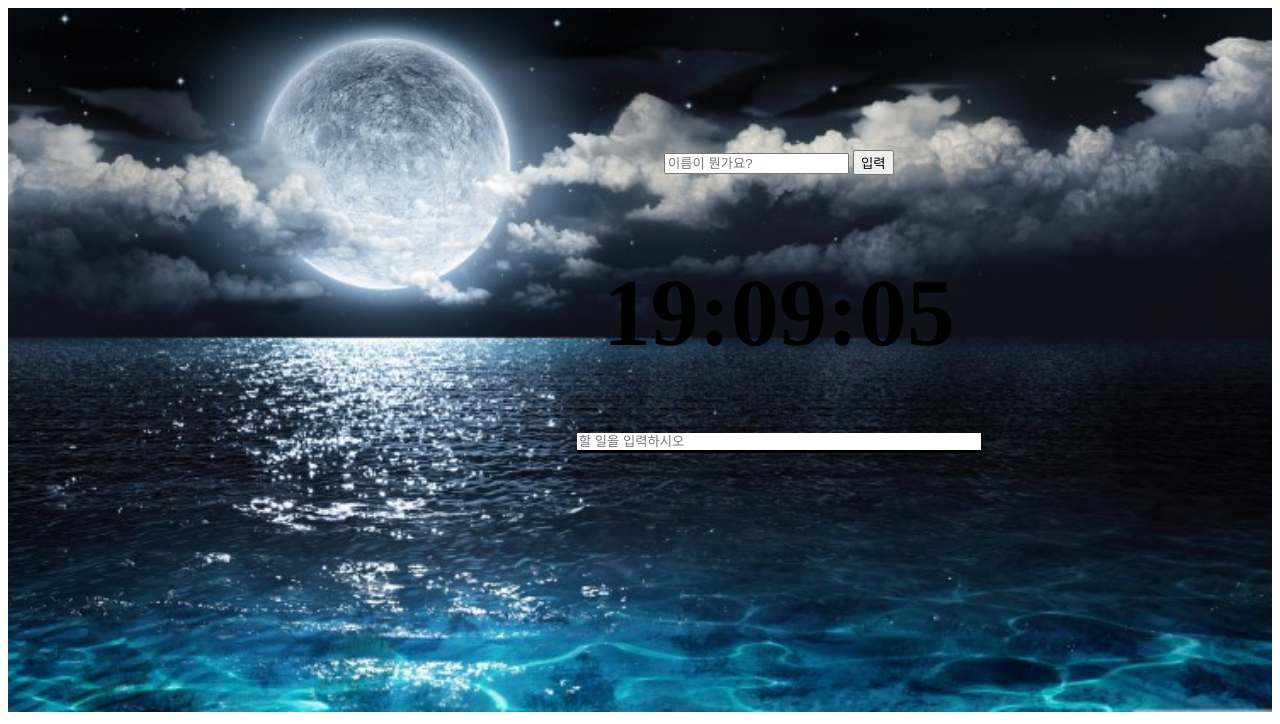
Repository: jun01270/F-E-practice
Page: index.html
The author's editor kept a copy of each file at every save. The page is drawn from the files as they stood at one save, then again after the next save.
The browser window is 1280 px wide. The pictures show the whole page.

Above is the page before, as saved 2023-01-10 14:38:49.
Console error: TypeError: Cannot read properties of null (reading 'addEventListener')

### index.html
<!DOCTYPE html>
<html lang="en">
  <head>
    <meta charset="UTF-8" />
    <meta http-equiv="X-UA-Compatible" content="IE=edge" />
    <meta name="viewport" content="width=device-width, initial-scale=1.0" />
    <link rel="stylesheet" href="/css/style.css" />
    <title>Document</title>
  </head>
  <body>
    <div id="all">
      <form id="userName-form" class="hidden">
        <input required type="text" placeholder="이름이 뭔가요?" />
        <input type="submit" value="입력" />
      </form>
      <br />
      <h1 id="clock">00:00:00</h1>
      <form id="todo-form">
        <input id="input-blank" type="text" placeholder="할 일을 입력하시오" />
      </form>
      <ul id="todo-list"></ul>
      <div id="quote">
        <span></span>
        <span></span>
      </div>
    </div>
    <script src="/js/greeting.js"></script>
    <script src="/js/clock.js"></script>
    <script src="/js/quotes.js"></script>
    <script src="/js/background.js"></script>
    <script src="js/todo.js"></script>
    <script src="/js/weather.js"></script>
  </body>
</html>

### css/style.css
.hidden {
  display: none;
}

#background {
  width: 100%;
  height: 100%;
  padding: 0;
}

body {
  position: relative;
}

#all {
  position: absolute;
  top: 20%;
  left: 45%;
  text-align: center;
}

#clock {
  font-size: 600%;
}

#input-blank {
  width: 400px;
  border-top: none;
  border-left: none;
  border-right: none;
  border-bottom: 3px solid black;
}

#todo-list {
  color: yellow;
}

### js/greeting.js
const userNameBtn = document.querySelector("#userName-form submit");
const userName = document.querySelector("#userName-form input");
const loginForm = document.querySelector("#userName-form");
const firstH1 = document.getElementById("result");
const SavedUserName = localStorage.getItem("username");
const HIDDEN_CLASSNAME = "hidden";
const toStart = document.querySelector("button.boom");

function loginResult(e) {
  e.preventDefault();
  loginForm.classList.add(HIDDEN_CLASSNAME);
  const userName1 = userName.value;
  localStorage.setItem("username", userName1);
  paintUserName();
}

function paintUserName() {
  const userName1 = localStorage.getItem("username");
  firstH1.innerText = `Hello ${userName1}`;
  firstH1.classList.remove(HIDDEN_CLASSNAME);
}

if (SavedUserName === null) {
  loginForm.classList.remove(HIDDEN_CLASSNAME);
  loginForm.addEventListener("submit", loginResult);
} else {
  paintUserName();
}

function deleteUserName() {
  localStorage.removeItem("username");
  location.reload();
}

toStart.addEventListener("click", deleteUserName);
console.log(toStart.className);

### js/clock.js
const all = document.querySelector("div#all");
const clock = all.querySelector("h1#clock");

function getClock() {
  const date = new Date();
  let Hours = String(date.getHours()).padStart(2, "0");
  let Minutes = String(date.getMinutes()).padStart(2, "0");
  let Seconds = String(date.getSeconds()).padStart(2, "0");
  // console.log(`${date.getHours()}:${date.getMinutes()}:${date.getSeconds()}`);
  console.log(all);
  clock.innerText = `${Hours}:${Minutes}:${Seconds}`;
}

getClock();
setInterval(getClock, 1000);

### js/quotes.js
const quotes = [
  {
    quote: "삶이 있는 한 희망은 있다",
    author: "-키케로",
  },
  {
    quote: "산다는것 그것은 치열한 전투이다.",
    author: "-로망로랑",
  },
  {
    quote: "하루에 3시간을 걸으면 7년 후에 지구를 한바퀴 돌 수 있다. ",
    author: "-사무엘존슨",
  },
  {
    quote: "언제나 현재에 집중할수 있다면 행복할것이다. ",
    author: "-파울로 코엘료",
  },
  {
    quote:
      "진정으로 웃으려면 고통을 참아야하며 , 나아가 고통을 즐길 줄 알아야 해 ",
    author: "-찰리 채플린",
  },
  {
    quote: "직업에서 행복을 찾아라. 아니면 행복이 무엇인지 절대 모를 것이다 ",
    author: "-엘버트 허버드",
  },
  {
    quote: "신은 용기있는자를 결코 버리지 않는다 ",
    author: "-켄러",
  },
  {
    quote:
      "행복의 문이 하나 닫히면 다른 문이 열린다 그러나 우리는 종종 닫힌 문을 멍하니 바라보다가 우리를 향해 열린 문을 보지 못하게 된다 ",
    author: "–헬렌켈러",
  },
  {
    quote: "피할수 없으면 즐겨라 ",
    author: "–로버트 엘리엇",
  },
];
const quoteCount = quotes.length;
const quote = document.querySelector("#quote span:first-child");
const author = document.querySelector("#quote span:last-child");
const todaysQuote = quotes[Math.floor(Math.random() * quoteCount)];

function showQuote() {
  console.log(quotes[Math.floor(Math.random() * quoteCount)]);
  quote.innerText = todaysQuote.quote;
  author.innerText = todaysQuote.author;
}

// setInterval(showQuote, 1000);

### js/background.js
const images = ["moon.jpg", "river.jpg", "orora.jpg"];
const chosenImage = images[Math.floor(Math.random() * images.length)];
const bgImage = document.createElement("img");
const content = document.getElementById("wrapper");
bgImage.id = "background";

bgImage.src = `img/${chosenImage}`;

document.body.appendChild(bgImage);
// bgImage.appendChild(content);

console.log(content);

### js/todo.js
const toDoForm = document.getElementById("todo-form");
const toDoInput = document.querySelector("#todo-form input");
const toDoLi = document.querySelector("#todo-list li");
const toDoList = document.getElementById("todo-list");
const TODOS_KEY = "todos";
let toDos = [];

function saveToDoLists() {
  localStorage.setItem(TODOS_KEY, JSON.stringify(toDos));
}

function deleteToDo(e) {
  const todoLi = e.target.parentNode;
  todoLi.remove();
  const cleanToDos = toDos.filter((toDo) => toDo.id !== todoLi.id);
  toDos = cleanToDos;
  saveToDoLists();
}

function paintToDo(newToDoObj) {
  const listOfToDo = document.createElement("div");
  listOfToDo.id = newToDoObj.Id;
  const span = document.createElement("span");
  span.innerText = newToDoObj.text;
  const deleteButton = document.createElement("button");
  deleteButton.innerText = "X";
  deleteButton.addEventListener("click", deleteToDo);
  listOfToDo.appendChild(span);
  listOfToDo.appendChild(deleteButton);
  toDoList.appendChild(listOfToDo);
}

function handleToDoSubmit(e) {
  e.preventDefault();
  const newToDo = toDoInput.value;
  toDoInput.value = "";
  const newToDoObj = {
    text: newToDo,
    id: toDos.length + 1,
  };
  toDos.push(newToDoObj);
  paintToDo(newToDoObj);
  saveToDoLists();
}

toDoForm.addEventListener("submit", handleToDoSubmit);

const getToDo = localStorage.getItem(TODOS_KEY);
if (getToDo !== null) {
  const parseToDo = JSON.parse(getToDo);
  toDos = parseToDo;
  parseToDo.forEach(paintToDo);
}

### js/weather.js
const API_KEY = "fbf7375beaa21a73574692bdaef4a2e7";

function onGeoSuc(position) {
  const lat = position.coords.latitude;
  const lon = position.coords.longitude;
  console.log("Your position is", lat, lon);
  const url = `https://api.openweathermap.org/geo/1.0/reverse?lat=${lat}&lon=${lon}&limit={limit}&appid=${API_KEY}`;
  console.log(url);
}

function onGeoErr() {
  alert("위치를 찾을 수 없습니다.");
}
navigator.geolocation.getCurrentPosition(onGeoSuc, onGeoErr);

After the next save:
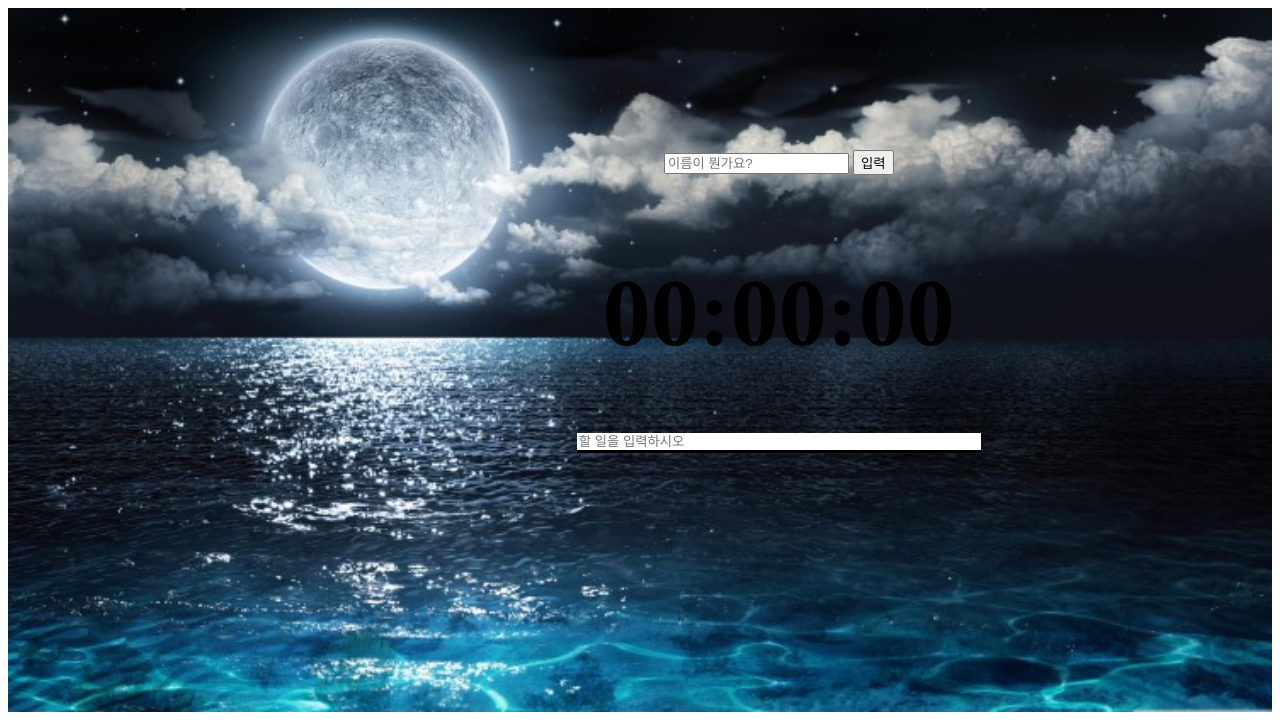
Saved 5 s later.
--- a/js/clock.js
+++ b/js/clock.js
@@ -1,5 +1,5 @@
 const all = document.querySelector("div#all");
-const clock = all.querySelector("h1#clock");
+const clock = all.querySelector();
 
 function getClock() {
   const date = new Date();

After the save that followed:
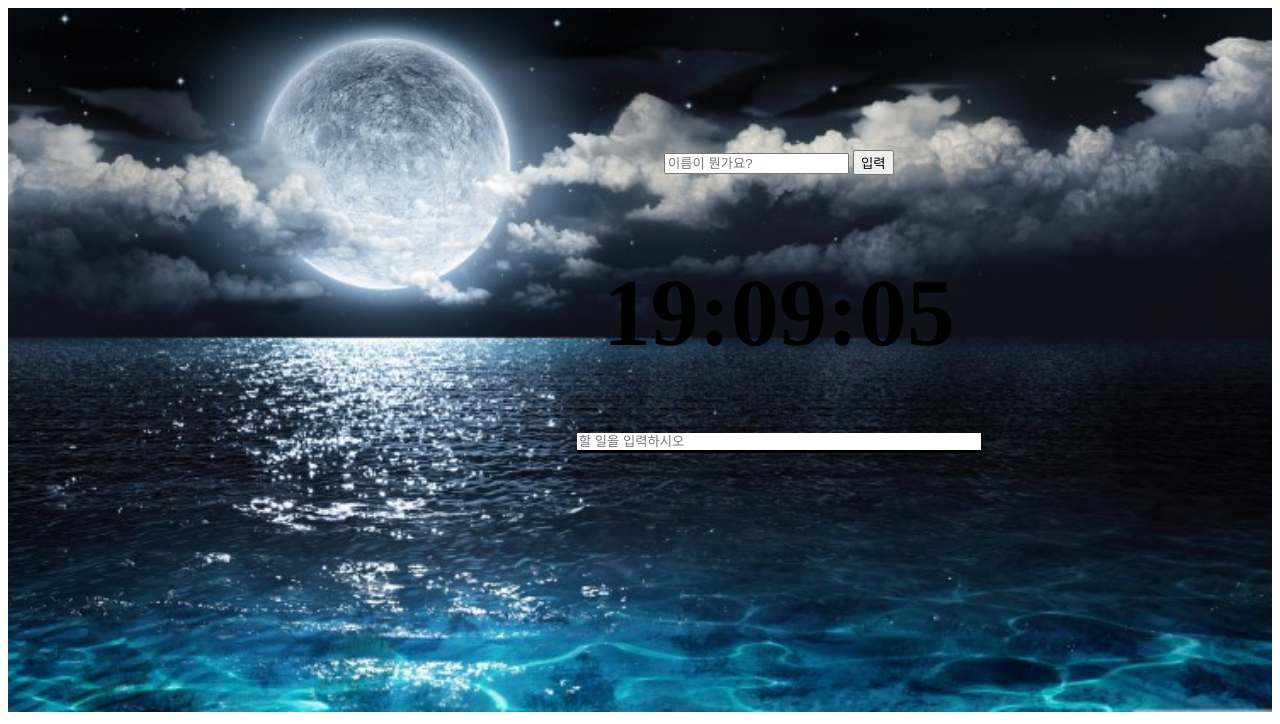
Saved 6 s later.
--- a/js/clock.js
+++ b/js/clock.js
@@ -1,5 +1,5 @@
 const all = document.querySelector("div#all");
-const clock = all.querySelector();
+const clock = all.querySelector("h1#clock");
 
 function getClock() {
   const date = new Date();
